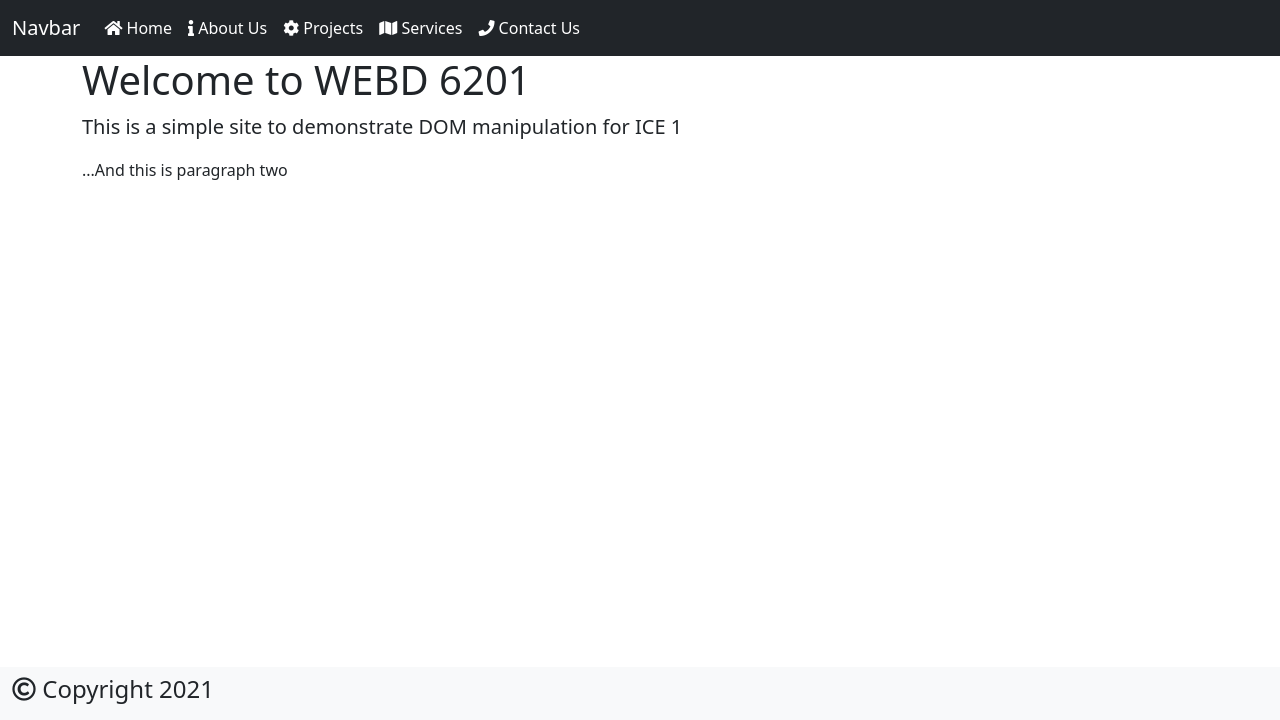
Repository: spencernewellevans/WEBD6201-ICE01
Page: index.html
The author's editor kept a copy of each file at every save. The page is drawn from the files as they stood at one save, then again after the next save.
The browser window is 1280 px wide. The pictures show the whole page.

Above is the page before, as saved 2021-01-22 18:46:22.
Console error: ReferenceError: ducment is not defined

### index.html
<!DOCTYPE html>
<html lang="en">
<head>
    <meta charset="UTF-8">
    <meta name="viewport" content="width=device-width, initial-scale=1.0">
    <title>WEBD6201 - ICE01</title>
    <!-- CSS Section-->
    <link rel="stylesheet" href="./node_modules/bootstrap/dist/css/bootstrap.min.css">
    <link rel="stylesheet" href="./node_modules/@fortawesome/fontawesome-free/css/all.min.css">
    <link rel="stylesheet" href="./Content/app.css">
</head>
<body>
    <header>
        <nav class="navbar navbar-expand-lg navbar-dark bg-dark">
            <div class="container-fluid">
              <a class="navbar-brand" href="#">Navbar</a>
              <button class="navbar-toggler" type="button" data-bs-toggle="collapse" data-bs-target="#navbarSupportedContent" aria-controls="navbarSupportedContent" aria-expanded="false" aria-label="Toggle navigation">
                <span class="navbar-toggler-icon"></span>
              </button>
              <div class="collapse navbar-collapse" id="navbarSupportedContent">
                <ul class="navbar-nav me-auto mb-2 mb-lg-0">
                  <li class="nav-item">
                    <a class="nav-link active" aria-current="page" href="#"><i class="fas fa-home fa-large"></i> Home</a>
                  </li>

                  <li class="nav-item">
                    <a class="nav-link active" aria-current="page" href="#"><i class="fas fa-info fa-large"></i> About Us</a>
                  </li>

                  <li class="nav-item">
                    <a class="nav-link active" aria-current="page" href="#"><i class="fas fa-cog fa-large"></i> Projects</a>
                  </li>

                  <li class="nav-item">
                    <a class="nav-link active" aria-current="page" href="#"><i class="fas fa-map fa-large"></i> Services</a>
                  </li>

                  <li class="nav-item">
                    <a class="nav-link active" aria-current="page" href="#"><i class="fas fa-phone fa-large"></i> Contact Us</a>
                  </li>
                </ul>
              </div>
            </div>
          </nav>
    </header>

    <main class="container">
        <h1>Welcome to WEBD 6201</h1>
        <p id="paragraphOne"></p>
    </main>

    <footer>
        <nav class="navbar fixed-bottom navbar-light bg-light">
            <div class="container-fluid">
              <h4><i class="far fa-copyright fa-large"></i> Copyright 2021</h4>
            </div>
          </nav>
    </footer>

    <!-- Script Section -->
    <script src="./node_modules/jquery/dist/jquery.min.js"></script>
    <script src="./node_modules/bootstrap/dist/js/bootstrap.bundle.min.js"></script>
    <script src="./Scripts/app.js"></script>
</body>
</html>

### content/app.css
/* Custom CSS goes here */

### scripts/app.js
/* Custom JavaScript goes here */

// IIFE - Immediately Invoked Function Expression
// Anonymous self-executing expression
// limits scope leak

"use strict";

(function()
{

    function Start()
    {
        console.log("App Started...");

        let paragraphOneText = "This is a simple site to demonstrate DOM manipulation for ICE 1";

        let paragraphOneElement = document.getElementById("paragraphOne");

        paragraphOneElement.textContent = paragraphOneText;
        paragraphOneElement.className = "fs-5"

        // Step 1. create the element
        let newParagraph = document.createElement("p");
        // Step 2. configure the element
        newParagraph.setAttribute("id","paragraphTwo");
        newParagraph.textContent = "...And this is paragraph two"
        // Step 3. select parent element
        let mainContent = document.getElementsByTagName("main")[0];
        // Step 3. insert the element
        mainContent.appendChild(newParagraph);
        newParagraph.className = "fs-6";

        let paragraphDiv = ducment.createElement("div");
        let paragraphThree =  `<p id="paragraphThree" class="fs-7 fw-bold">And this is the third paragraph</p>`;
        paragraphDiv.innerHTML = paragraphThree;

        // insertions
        newParagraph.before(paragraphDiv);

    }

    window.addEventListener("load", Start);

})();

Loaded but not shown: node_modules/bootstrap/dist/css/bootstrap.min.css (library); node_modules/@fortawesome/fontawesome-free/css/all.min.css (library); node_modules/jquery/dist/jquery.min.js (library); node_modules/bootstrap/dist/js/bootstrap.bundle.min.js (library)

After the next save:
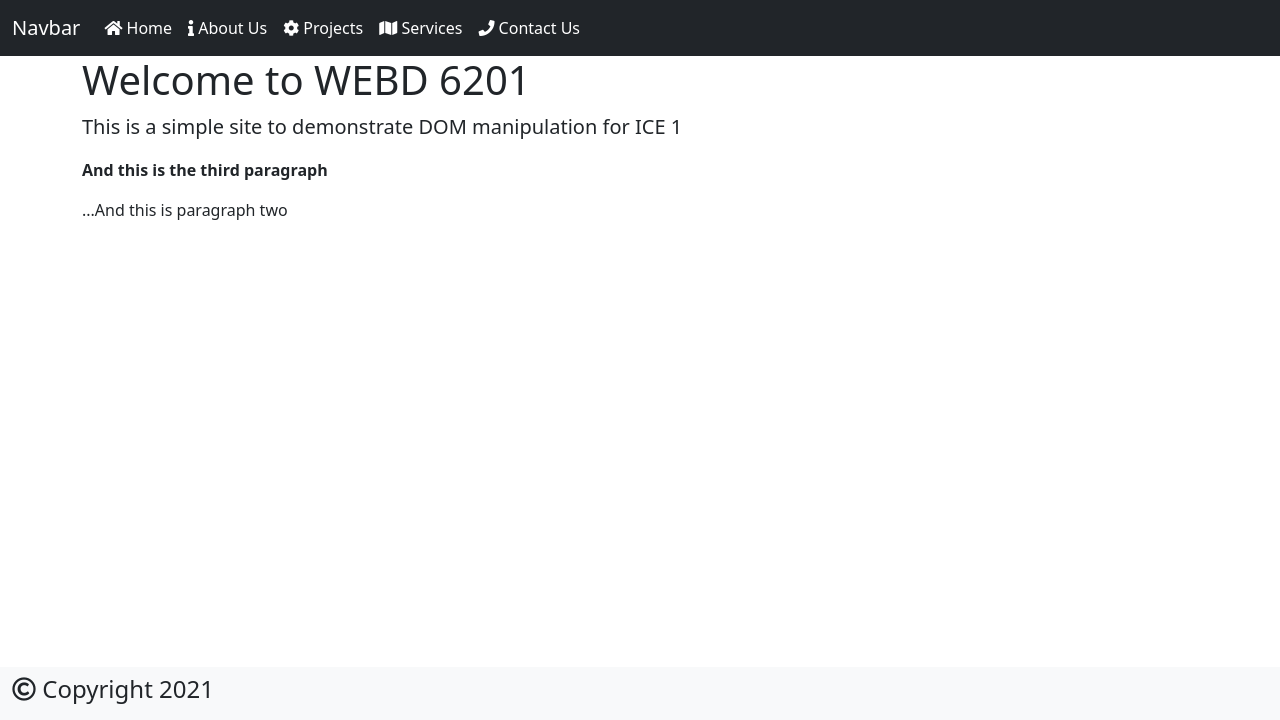
The error is gone.
Saved 34 s later.
--- a/scripts/app.js
+++ b/scripts/app.js
@@ -31,7 +31,7 @@
         mainContent.appendChild(newParagraph);
         newParagraph.className = "fs-6";
 
-        let paragraphDiv = ducment.createElement("div");
+        let paragraphDiv = document.createElement("div");
         let paragraphThree =  `<p id="paragraphThree" class="fs-7 fw-bold">And this is the third paragraph</p>`;
         paragraphDiv.innerHTML = paragraphThree;
 
